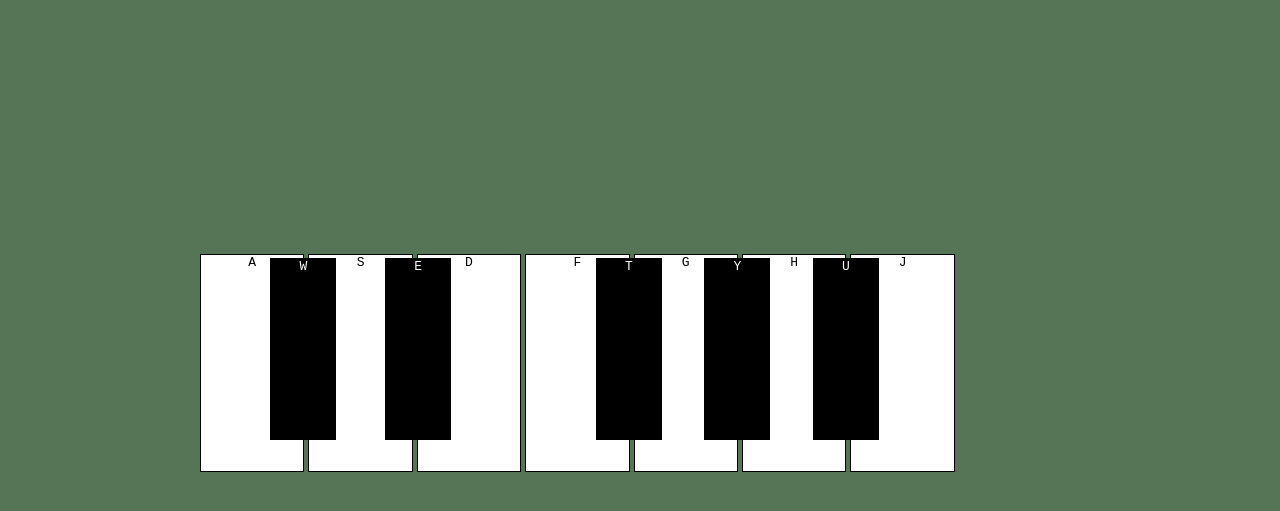
Repository: ctcoleman/Virtual-Piano
Page: index.html
These files come from the project's save history. The page is drawn as it stood at one moment and after a run of saves; the edit follows.
The browser window is 1280 px wide. The pictures show the whole page.

Above is the page before, as saved 2020-07-20 09:14:38.

### index.html
<!DOCTYPE html>
<html>

<head>
    <meta charset="utf-8">
    <link type="text/css" rel="stylesheet" href="./index.css">
    <title>Chris's Keyboard Piano</title>
</head>

<body>
    <div class="keyboard-container">
        <div class="white-keys">
            <kbd class="white-key" id="KeyA">A</kbd>
            <kbd class="white-key" id="KeyS">S</kbd>
            <kbd class="white-key" id="KeyD">D</kbd>
            <kbd class="white-key" id="KeyF">F</kbd>
            <kbd class="white-key" id="KeyG">G</kbd>
            <kbd class="white-key" id="KeyH">H</kbd>
            <kbd class="white-key" id="KeyJ">J</kbd>
        </div>
        <div class="black-keys-container">
            <kbd class="black-key" id="KeyW">W</kbd>
            <kbd class="black-key" id="KeyE">E</kbd>
            <kbd class="black-key" id="KeyT">T</kbd>
            <kbd class="black-key" id="KeyY">Y</kbd>
            <kbd class="black-key" id="KeyU">U</kbd>
        </div>
    </div>
    <script src="./index.js"></script>
</body>

</html>

### index.css
/*
=== Basic Styling ===
 */
html {
    background: rgba(1, 46, 1, 0.664);
    color: black;
    box-sizing: border-box;
}

/*
=== Keyboard Styling ===
*/
.keyboard-container {
    position: relative;
    width: 60vw;
    height: 30vh;
    margin: 35vh 15vw;
}
/*
=== White Keys Styling ===
*/
.white-key-container {
    margin: 15vh 15vw;
}
.white-key {
    display: inline-block;
    text-align: center;
    width: 8vw;
    height: 30vh;
    background: white;
    border: 1px solid black;
}
/*
=== Black Keys Styling ===
*/
.black-key-container {
    margin: 10vh 5vw;
}
.black-key {
    position: relative;
    z-index: 1;
    top: -30vh;
    text-align: center;
    display: inline-block;
    width: 5vw;
    height: 25vh;
    background: black;
    color: white;
    border: 1px solid black;
}
#KeyW {
    left: 5.5vw;
}
#KeyE {
    left: 9vw;
}
#KeyT {
    left: 20vw;
}
#KeyY {
    left: 23vw;
}
#KeyU {
    left: 26vw;
}

### index.js
const aKey = document.getElementById('KeyA')
const sKey = document.getElementById('KeyS')
const dKey = document.getElementById('KeyD')
const fKey = document.getElementById('KeyF')
const gKey = document.getElementById('KeyG')
const hKey = document.getElementById('KeyH')
const jKey = document.getElementById('KeyJ')
const wKey = document.getElementById('KeyW')
const eKey = document.getElementById('KeyE')
const tKey = document.getElementById('KeyT')
const yKey = document.getElementById('KeyY')
const uKey = document.getElementById('KeyU')






const keys = [aKey, sKey, dKey, fKey, gKey, hKey, jKey, wKey, eKey, tKey, yKey, uKey]
console.log(keys)
document.addEventListener('keypress', (keyPressed) => {
    const key = keyPressed.code
    switch (key) {
        case keys[0].id:
            new Audio('./keys/A.mp3').play()
            break
        case keys[1].id:
            new Audio('./keys/S.mp3').play()
            break
        case keys[2].id:
            new Audio('./keys/D.mp3').play()
            break
        case keys[3].id:
            new Audio('./keys/F.mp3').play()
            break
        case keys[4].id:
            new Audio('./keys/G.mp3').play()
            break
        case keys[5].id:
            new Audio('./keys/H.mp3').play()
            break
        case keys[6].id:
            new Audio('./keys/J.mp3').play()
            break
        case keys[7].id:
            new Audio('./keys/W.mp3').play()
            break
        case keys[8].id:
            new Audio('./keys/E.mp3').play()
            break
        case keys[9].id:
            new Audio('./keys/T.mp3').play()
            break
        case keys[10].id:
            new Audio('./keys/Y.mp3').play()
            break
        case keys[11].id:
            new Audio('./keys/U.mp3').play()
            break
        default:
            console.log('Invalid Key Press')
    }
})

After the next 2 saves:
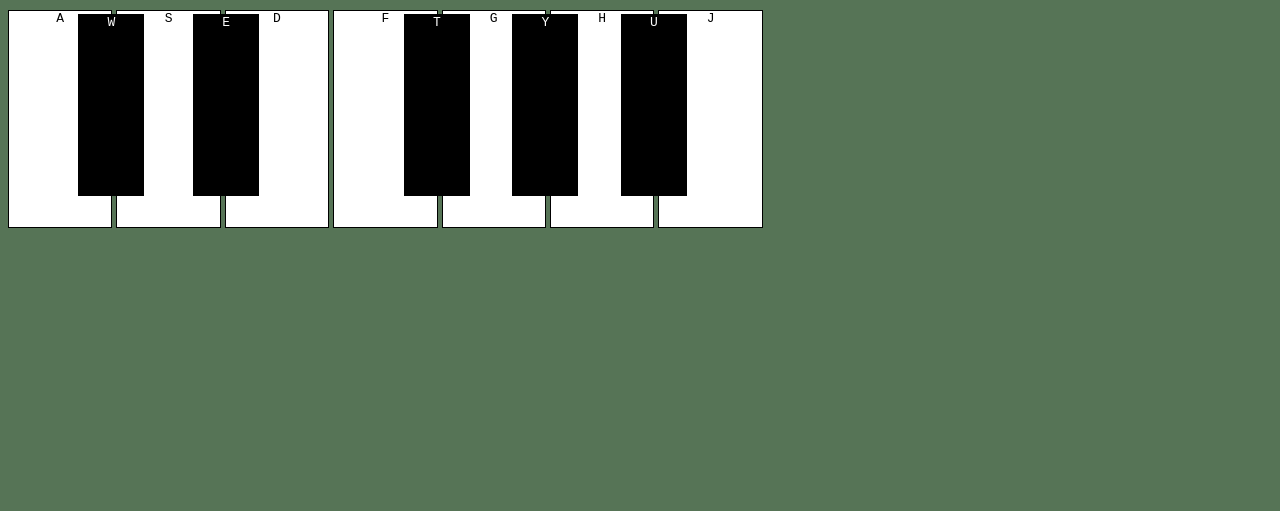
The 2 saves are shown as one change because they came seconds apart.
The last was saved 6 s later.
--- a/index.html
+++ b/index.html
@@ -8,7 +8,7 @@
 </head>
 
 <body>
-    <div class="keyboard-container">
+    <div class="container">
         <div class="white-keys">
             <kbd class="white-key" id="KeyA">A</kbd>
             <kbd class="white-key" id="KeyS">S</kbd>
